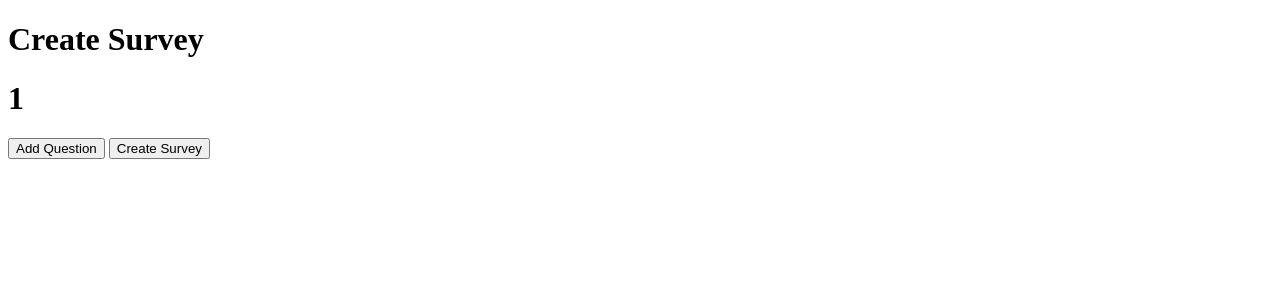
Repository: miki-babi/survey
Page: http://localhost/survey/create
These files come from the project's save history. The page is drawn as it stood at one moment and after the next save; the edit follows.
The browser window is 1280 px wide. The pictures show the whole page.
The page is served by the project's Laravel application, run on PHP 8.4 with Laravel 12. A made-up administrator, Test User (test@example.com), is signed in.

Above is the page before, as saved 2024-10-28 16:20:23.

After the next save:
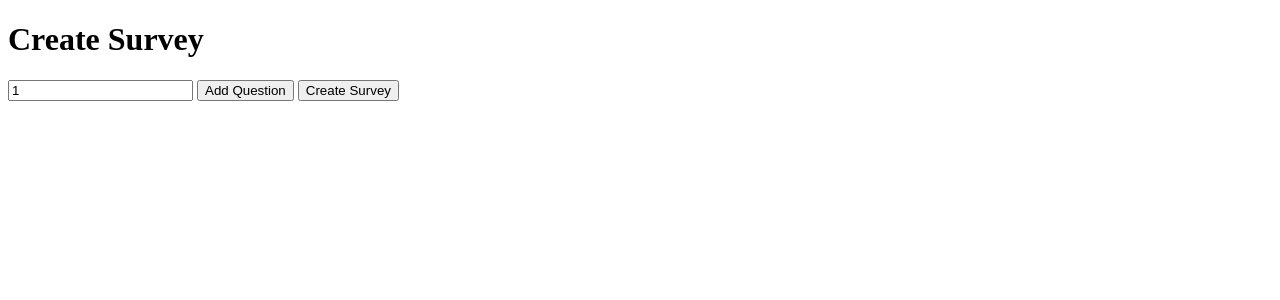
Saved 46 s later.
--- a/resources/views/create-survey.blade.php
+++ b/resources/views/create-survey.blade.php
@@ -11,7 +11,8 @@
    <form id="surveyForm" action="/survey/create" method="POST">
        @csrf
        <div id="questionsContainer"></div>
-        <h1>{{ auth()->user()->id }}</h1>
+       <input type="text" name="user_id" value="{{ auth()->user()->id }}">
+        {{-- {{ auth()->user()->id }} --}}
        <button type="button" onclick="addQuestion()">Add Question</button>
        <button type="submit">Create Survey</button>
    </form>
